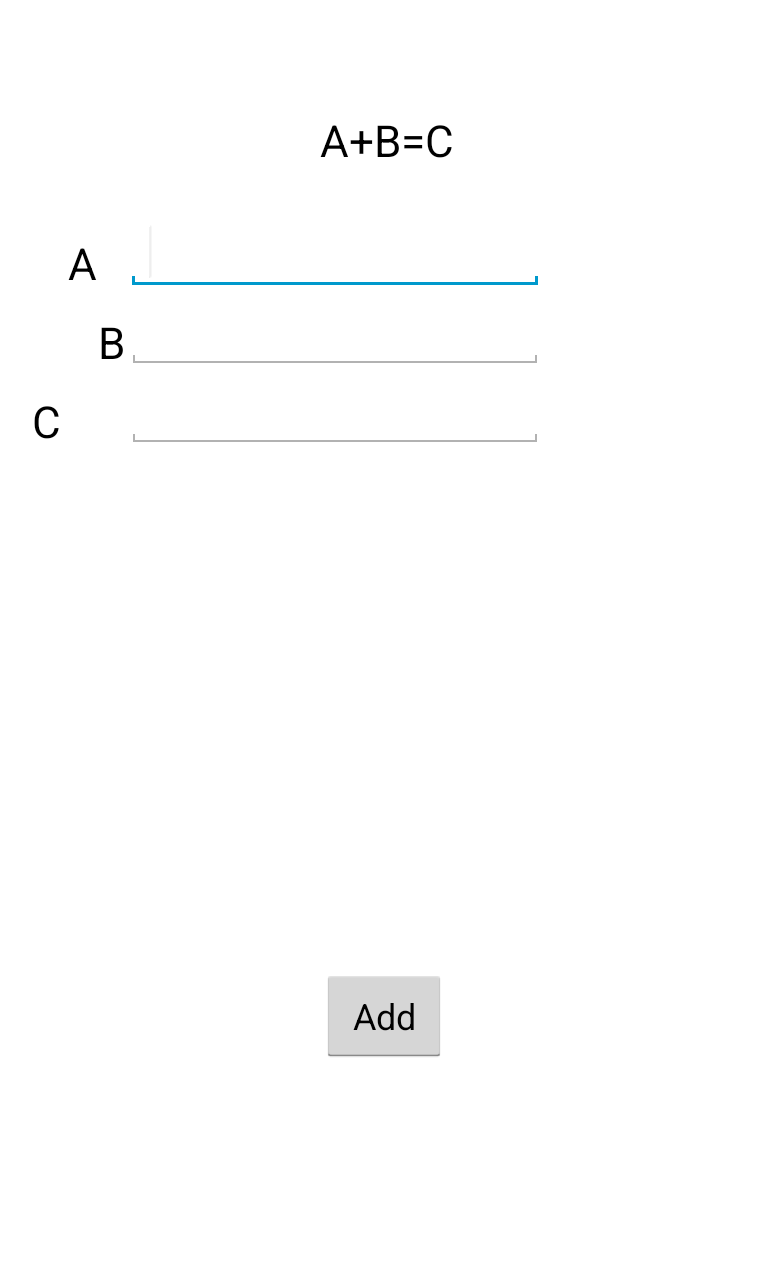
Repository: dtri123/Equation-Station
Layout: TheEquationStation/res/layout/addition_page.xml
An editor plug-in stored every save of this project. The layout is shown before and after the next save, followed by the edit.
It is drawn on a 768 x 1280 px phone screen (xhdpi) without system bars, with theme AppTheme; the app's code is not run.

Above is the layout before, as saved 2013-07-17 17:54:15.

After the next save:
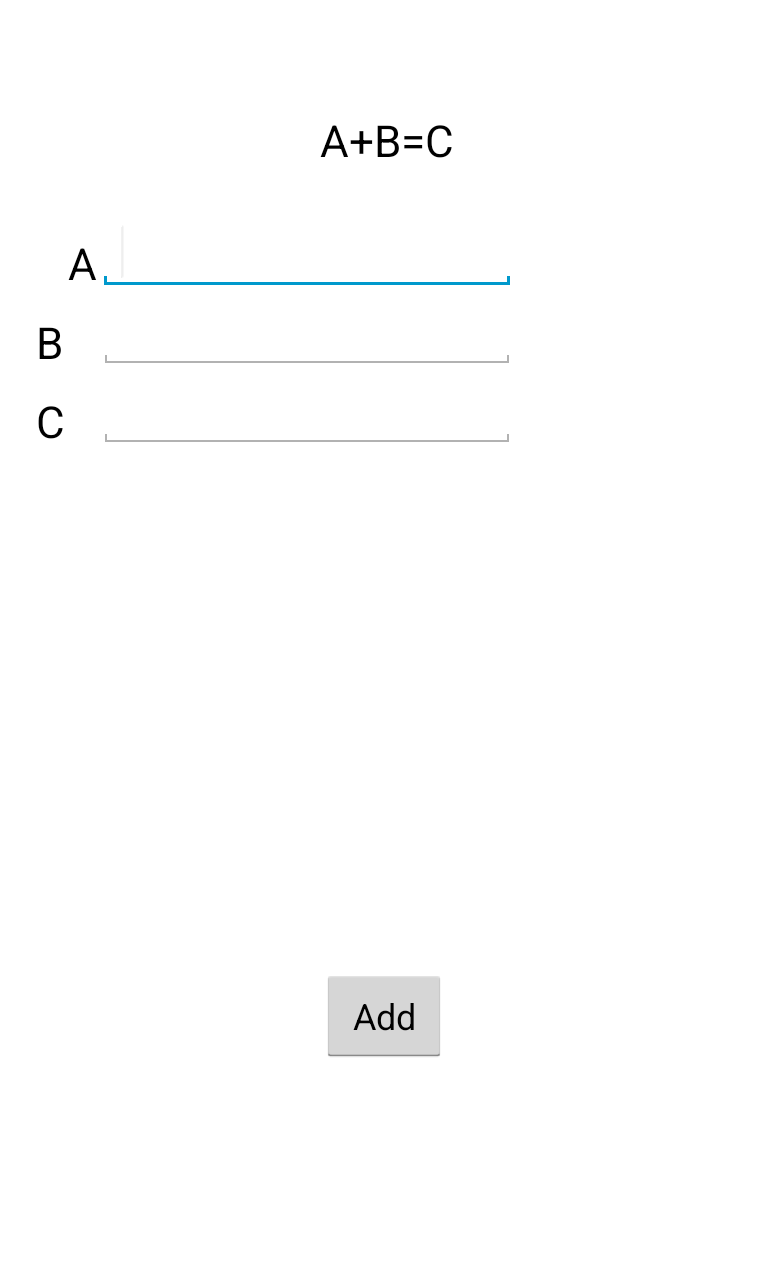
Saved 2 min 25 s later.
--- a/TheEquationStation/res/layout/addition_page.xml
+++ b/TheEquationStation/res/layout/addition_page.xml
@@ -28,25 +28,6 @@
         android:text=""
         android:textAppearance="?android:attr/textAppearanceMedium" />
 
-    <TextView
-        android:id="@+id/textView4"
-        android:layout_width="wrap_content"
-        android:layout_height="wrap_content"
-        android:layout_alignBottom="@+id/editText2"
-        android:layout_alignParentLeft="true"
-        android:layout_marginLeft="33dp"
-        android:text="B"
-        android:textAppearance="?android:attr/textAppearanceLarge" />
-
-    <TextView
-        android:id="@+id/TextView01"
-        android:layout_width="wrap_content"
-        android:layout_height="wrap_content"
-        android:layout_alignBottom="@+id/editText3"
-        android:layout_alignParentLeft="true"
-        android:text="C"
-        android:textAppearance="?android:attr/textAppearanceLarge" />
-
     <EditText
         android:id="@+id/editText3"
         android:layout_width="wrap_content"
@@ -75,16 +56,6 @@
         android:text="A+B=C"
         android:textAppearance="?android:attr/textAppearanceLarge" />
 
-    <TextView
-        android:id="@+id/textView3"
-        android:layout_width="wrap_content"
-        android:layout_height="wrap_content"
-        android:layout_above="@+id/editText2"
-        android:layout_alignParentLeft="true"
-        android:layout_marginLeft="18dp"
-        android:text="A"
-        android:textAppearance="?android:attr/textAppearanceLarge" />
-
     <EditText
         android:id="@+id/editText1"
         android:layout_width="wrap_content"
@@ -98,4 +69,34 @@
         <requestFocus />
     </EditText>
 
+      <TextView
+        android:id="@+id/textView3"
+        android:layout_width="wrap_content"
+        android:layout_height="wrap_content"
+        android:layout_above="@+id/editText2"
+        android:layout_marginLeft="18dp"
+        android:text="A"
+        android:textAppearance="?android:attr/textAppearanceLarge" />
+
+    <TextView
+        android:id="@+id/TextView01"
+        android:layout_width="wrap_content"
+        android:layout_height="wrap_content"
+        android:layout_alignBottom="@+id/editText3"
+        android:layout_alignLeft="@+id/textView4"
+        android:text="C"
+        android:textAppearance="?android:attr/textAppearanceLarge" />
+
+    <TextView
+        android:id="@+id/textView4"
+        android:layout_width="wrap_content"
+        android:layout_height="wrap_content"
+        android:layout_above="@+id/editText3"
+        android:layout_alignRight="@+id/textView3"
+        android:layout_marginRight="17dp"
+        android:text="B"
+        android:textAppearance="?android:attr/textAppearanceLarge" />
+
+
+
 </RelativeLayout>
